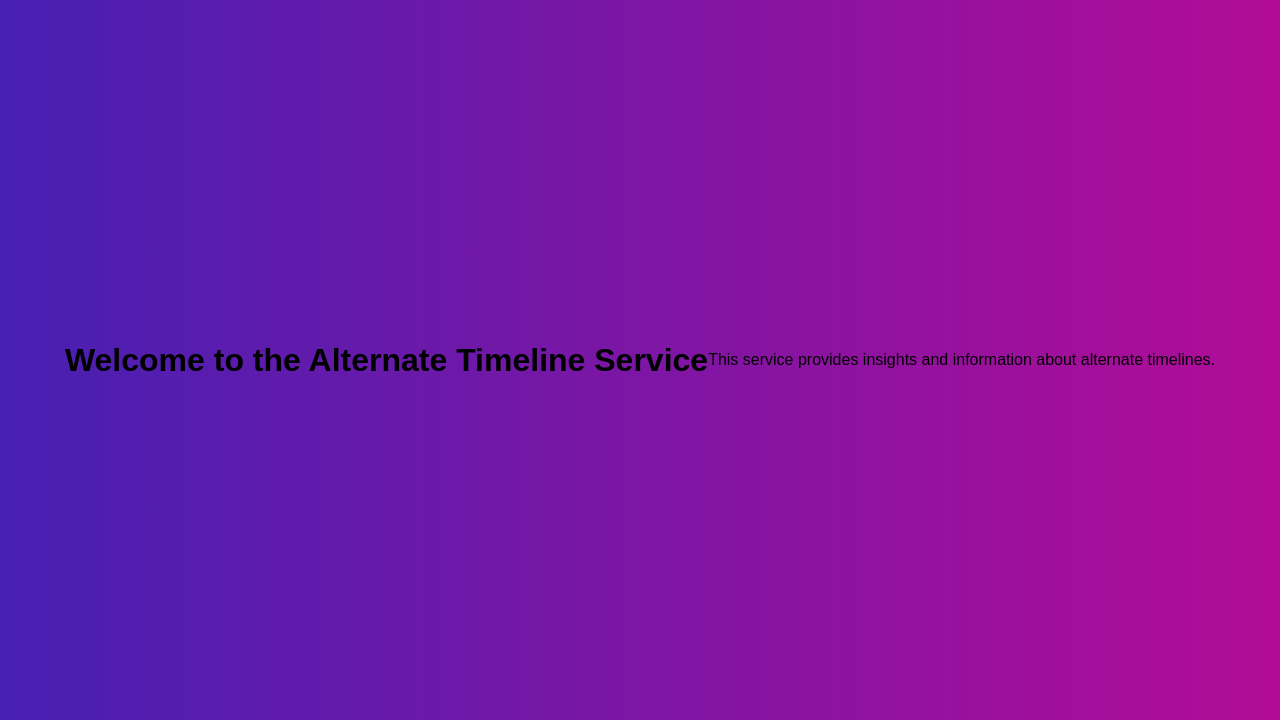
Repository: JovKun/DecisionCraft
Page: service/index.html
The author's editor kept a copy of each file at every save. The page is drawn from the files as they stood at one save, then again after a run of saves.
The browser window is 1280 px wide. The pictures show the whole page.

Above is the page before, as saved 2026-01-31 12:38:43.

After the next 4 saves:
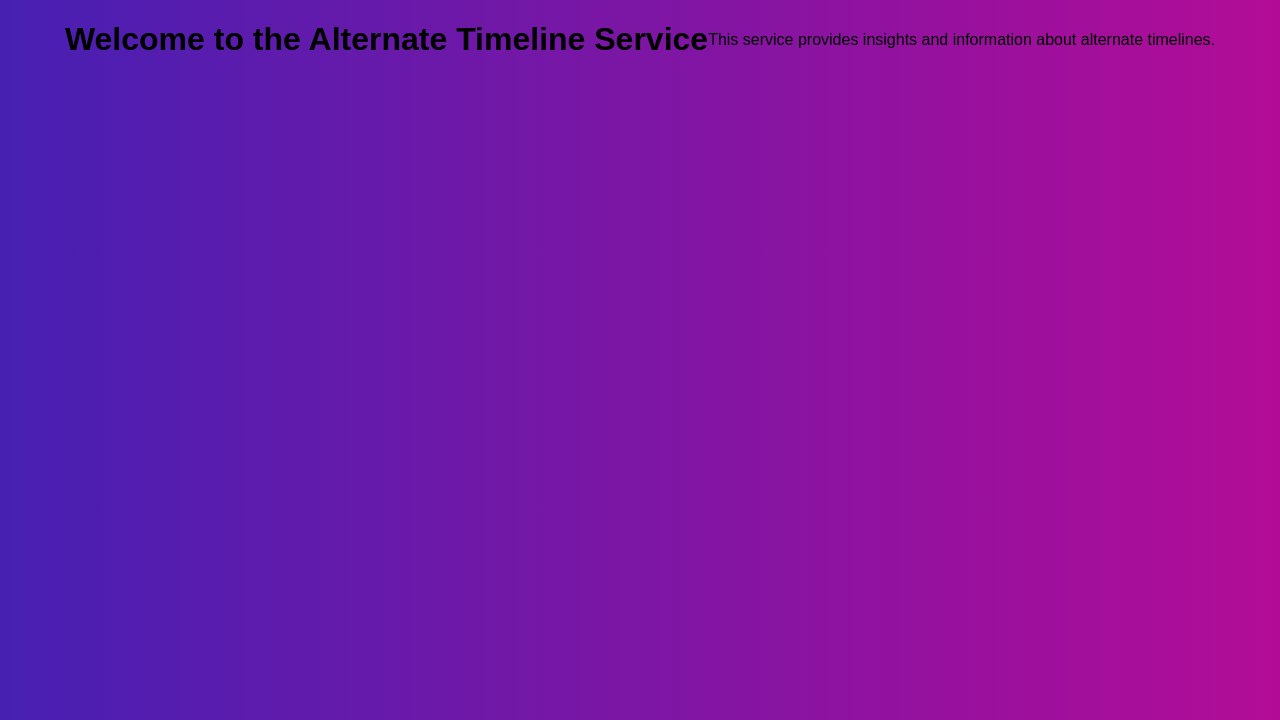
The 4 saves are shown as one change because they came seconds apart.
The last was saved 9 s later.
--- a/service/style.css
+++ b/service/style.css
@@ -12,6 +12,8 @@
     display: flex;
     justify-content: center;
     align-items: center;
+    border-radius: 20px;
+    b
     height: 100vh;
     margin: 0;
 }

After the 2 saves that followed:
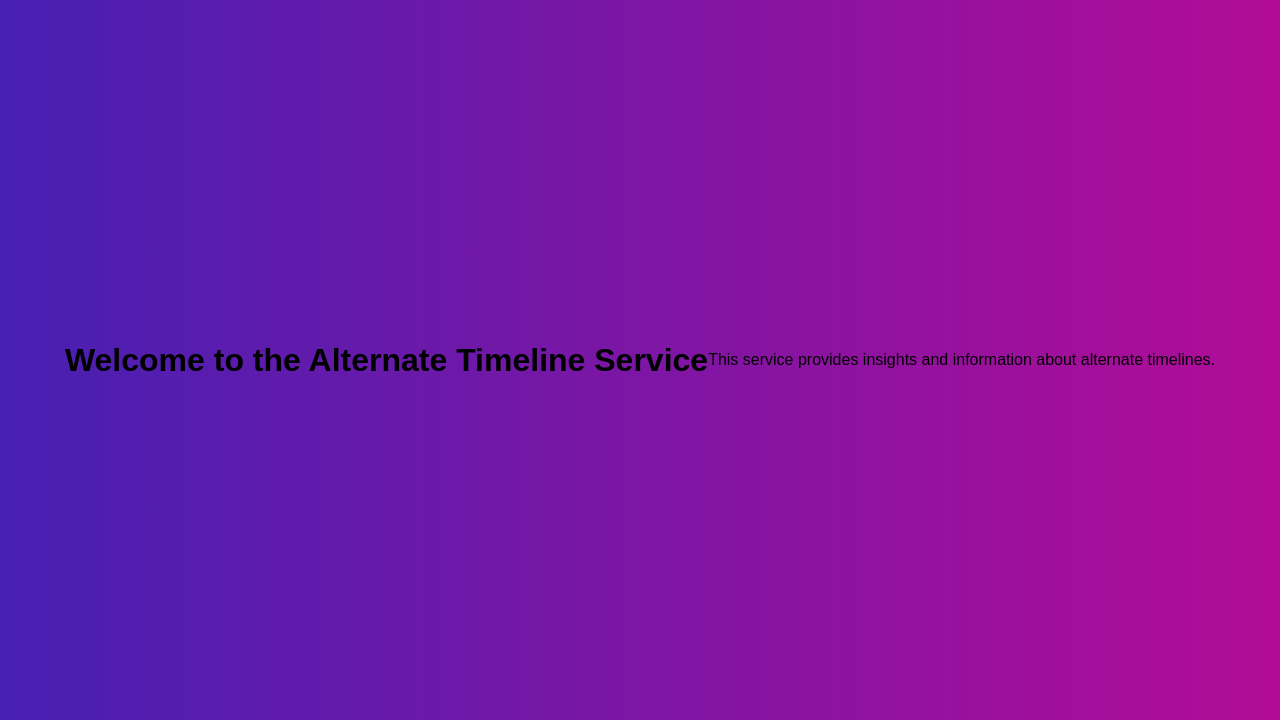
The 2 saves are shown as one change because they came seconds apart.
The last was saved 5 s later.
--- a/service/style.css
+++ b/service/style.css
@@ -13,7 +13,7 @@
     justify-content: center;
     align-items: center;
     border-radius: 20px;
-    b
+    border-color: white;
     height: 100vh;
     margin: 0;
 }
